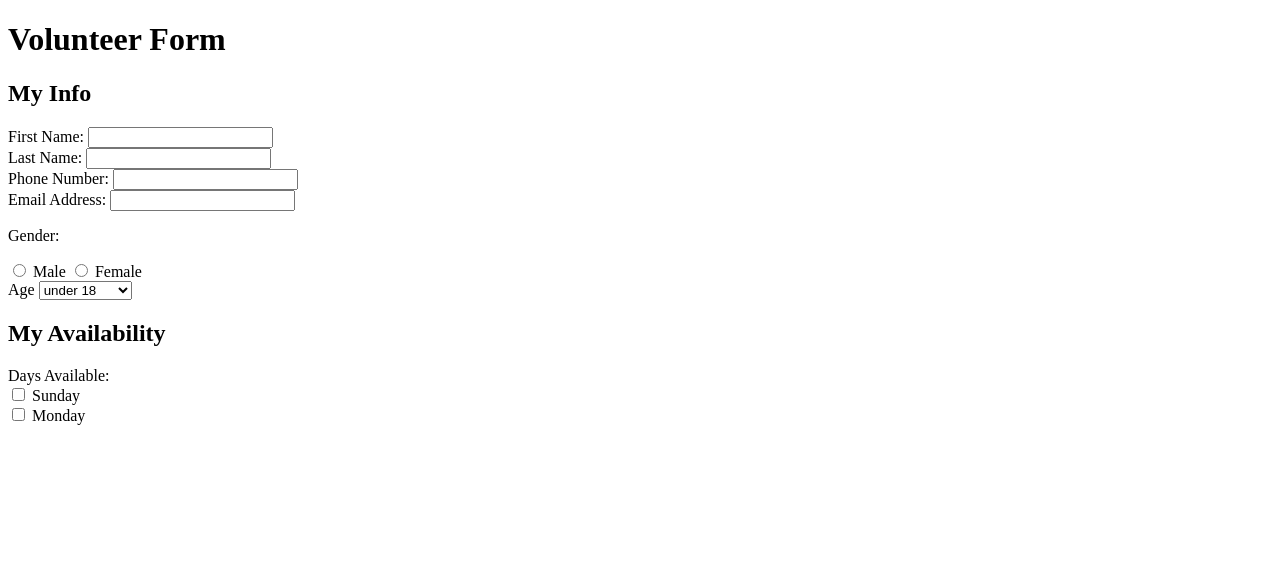
Repository: rishondass/ITMD361-Lab4
Page: index.html
An editor plug-in stored every save of this project. The page is shown before and after a run of saves, followed by the edit.
The browser window is 1280 px wide. The pictures show the whole page.

Above is the page before, as saved 2023-01-13 15:06:57.

### index.html
<!DOCTYPE html>
<html lang="en">
<head>
    <meta charset="UTF-8">
    <meta http-equiv="X-UA-Compatible" content="IE=edge">
    <meta name="viewport" content="width=device-width, initial-scale=1.0">
    <title>Lab 4</title>
</head>
<body>
    <h1>
        Volunteer Form
    </h1>


    <form action="POST">
        <h2>
            My Info
        </h2>
        <div>
            <label for="first_name_field">First Name:</label>
            <input type="text" name="first_name_field">
        </div>
        <div>
            <label for="last_name_field">Last Name:</label>
            <input type="text" name="last_name_field">
        </div>
        <div>
            <label for="phone_field">Phone Number:</label>
            <input type="phone" name="phone_field">
        </div>
        <div>
            <label for="email_field">Email Address:</label>
            <input type="email" name="email_field">
        </div>
        <div>
            <p>Gender:</p>
            <input type="radio" name="gender_field" value="Male">
            <label for="gender_field">Male</label>
            <input type="radio" name="gender_field" value="Female">
            <label for="gender_field">Female</label>
        </div>
        <div>
            <label for="age_field">Age</label>
            <select name="age_field">
                <option value="under 18">under 18</option>
                <option value="18 - 24">18 - 24</option>
                <option value="25 - 34">25 - 34</option>
                <option value="35 - 44">35 - 44</option>
                <option value="45 - 54">45 - 54</option>
                <option value="55 - 64">55 - 64</option>
                <option value="65 and over">65 and over</option>
            </select>
        </div>
        <h2> My Availability</h2>
        <div>
            Days Available:
        </div>
        <div>
            <input type="checkbox" name="available_field[]" value="Sunday">
            <label for="available_field[]">Sunday</label>
        </div>
        <div>
            <input type="checkbox" name="available_field[]" value="Monday">
            <label for="available_field[]">Monday</label>
        </div>




    </form>
</body>
</html>

After the next 2 saves:
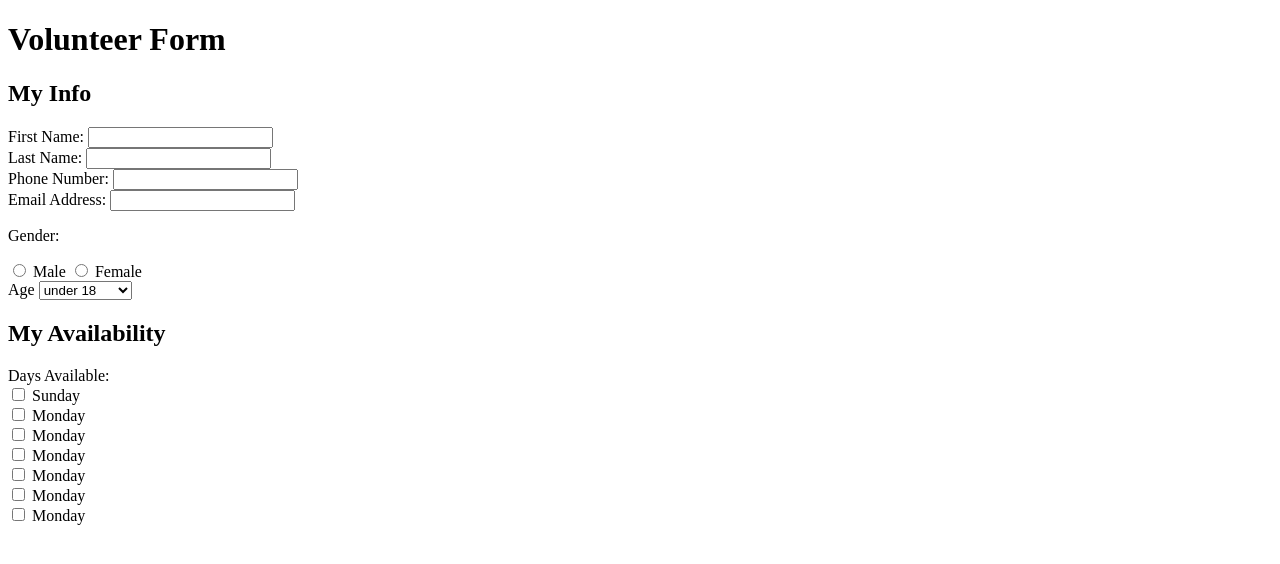
The 2 saves are shown as one change because they came seconds apart.
The last was saved 8 s later.
--- a/index.html
+++ b/index.html
@@ -63,6 +63,26 @@
             <input type="checkbox" name="available_field[]" value="Monday">
             <label for="available_field[]">Monday</label>
         </div>
+        <div>
+            <input type="checkbox" name="available_field[]" value="Monday">
+            <label for="available_field[]">Monday</label>
+        </div>
+        <div>
+            <input type="checkbox" name="available_field[]" value="Monday">
+            <label for="available_field[]">Monday</label>
+        </div>
+        <div>
+            <input type="checkbox" name="available_field[]" value="Monday">
+            <label for="available_field[]">Monday</label>
+        </div>
+        <div>
+            <input type="checkbox" name="available_field[]" value="Monday">
+            <label for="available_field[]">Monday</label>
+        </div>
+        <div>
+            <input type="checkbox" name="available_field[]" value="Monday">
+            <label for="available_field[]">Monday</label>
+        </div>
 
 
 
